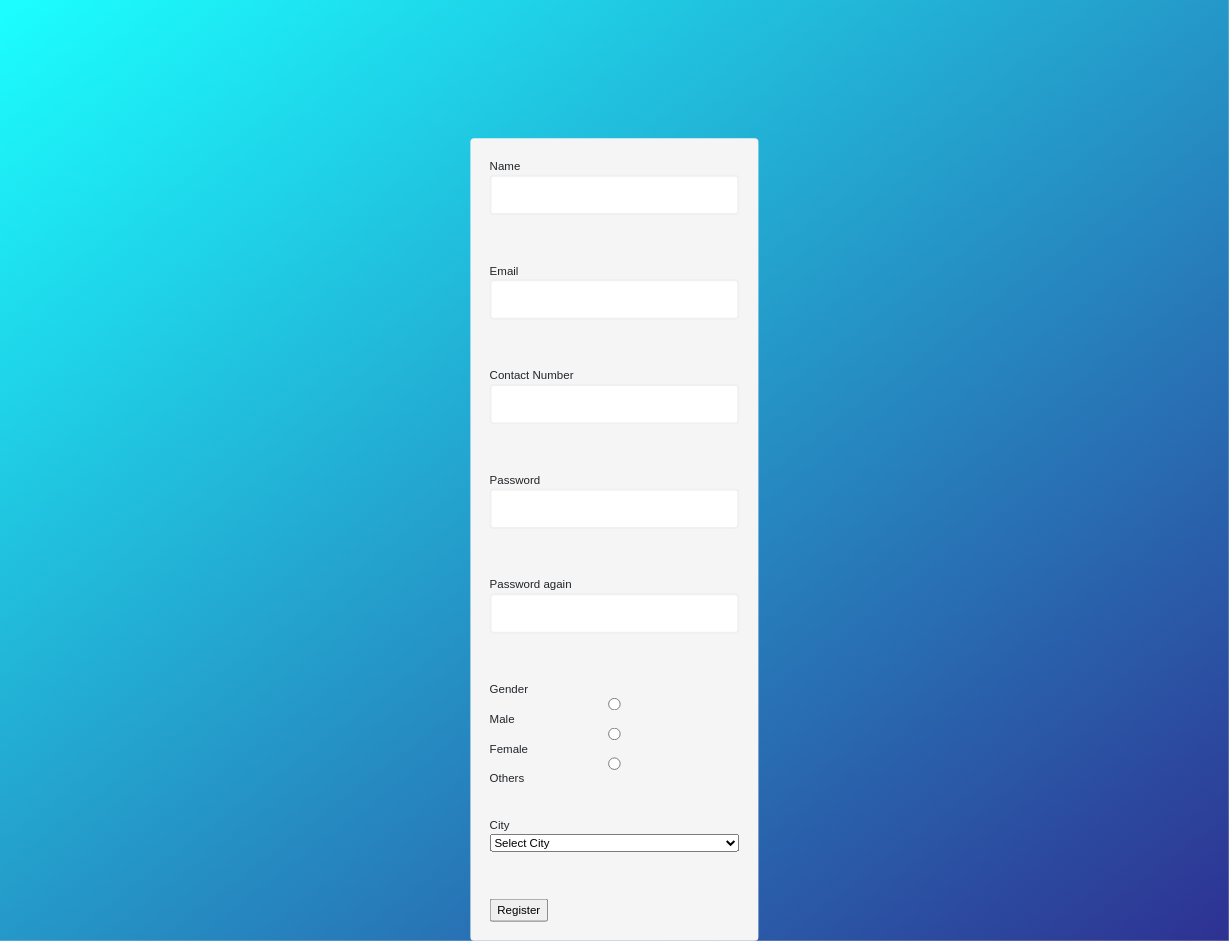
Repository: MD-1107/ISS_Assignment
Page: http://localhost/DemoRegisterLogin/Register
These files come from the project's save history. The page is drawn as it stood at one moment and after the next save; the edit follows.
The browser window is 1280 px wide. The pictures show the whole page, at 96% of full size.
The page is served by Tomcat 9.

Above is the page before, as saved 2024-01-03 11:51:19.

After the next save:
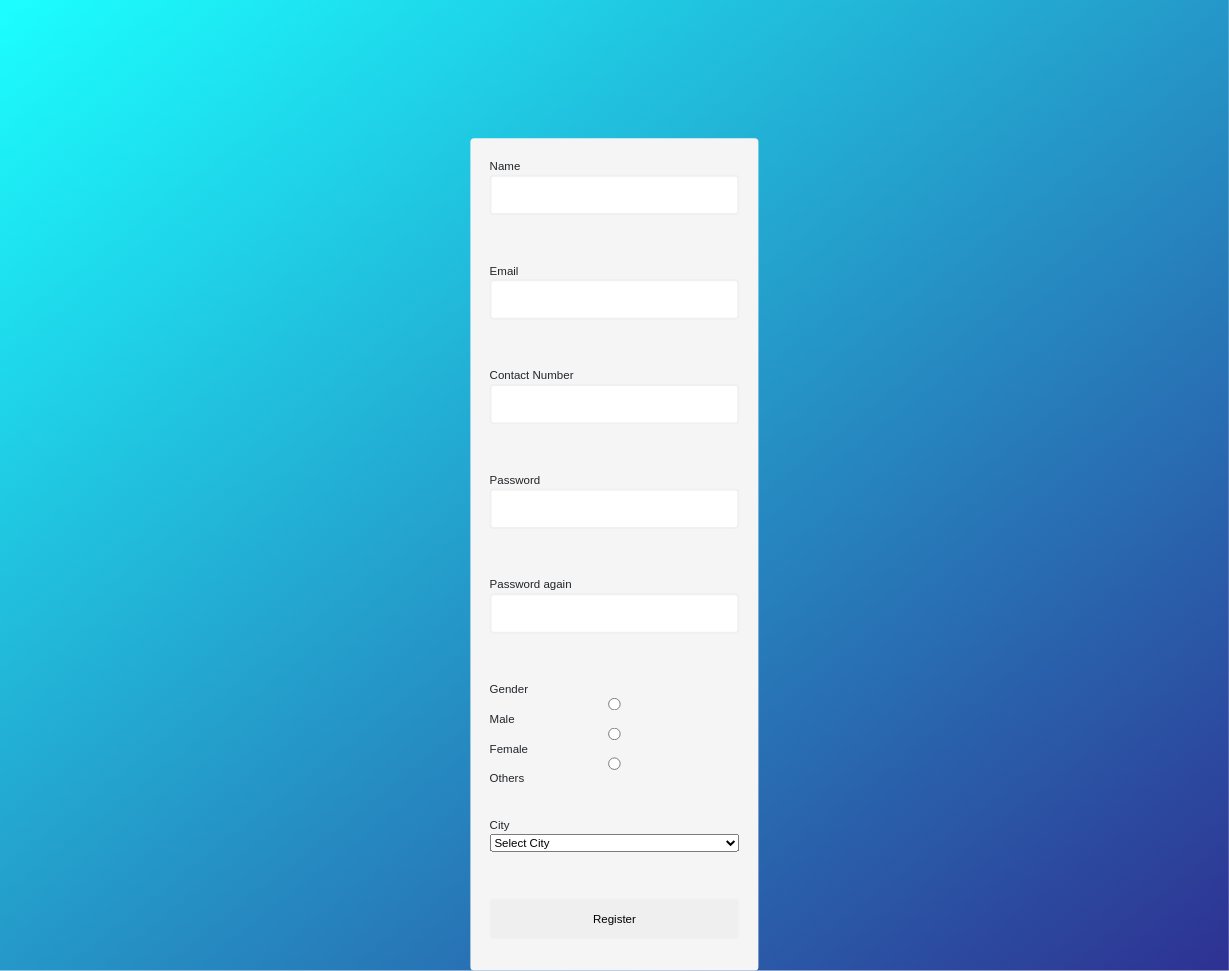
Saved 2 min 3 s later.
--- a/INTEGRATING CLIENT SIDE PROGRAMMING/DemoRegisterLogin/src/main/webapp/register.jsp
+++ b/INTEGRATING CLIENT SIDE PROGRAMMING/DemoRegisterLogin/src/main/webapp/register.jsp
@@ -71,8 +71,10 @@
 <div class="error"></div>
 </div>
 
+<div class="input-control">
     <input type="submit" value="Register" />
-
+<div class="error"></div>
+</div>
 </form>
 </div>
 </body>
